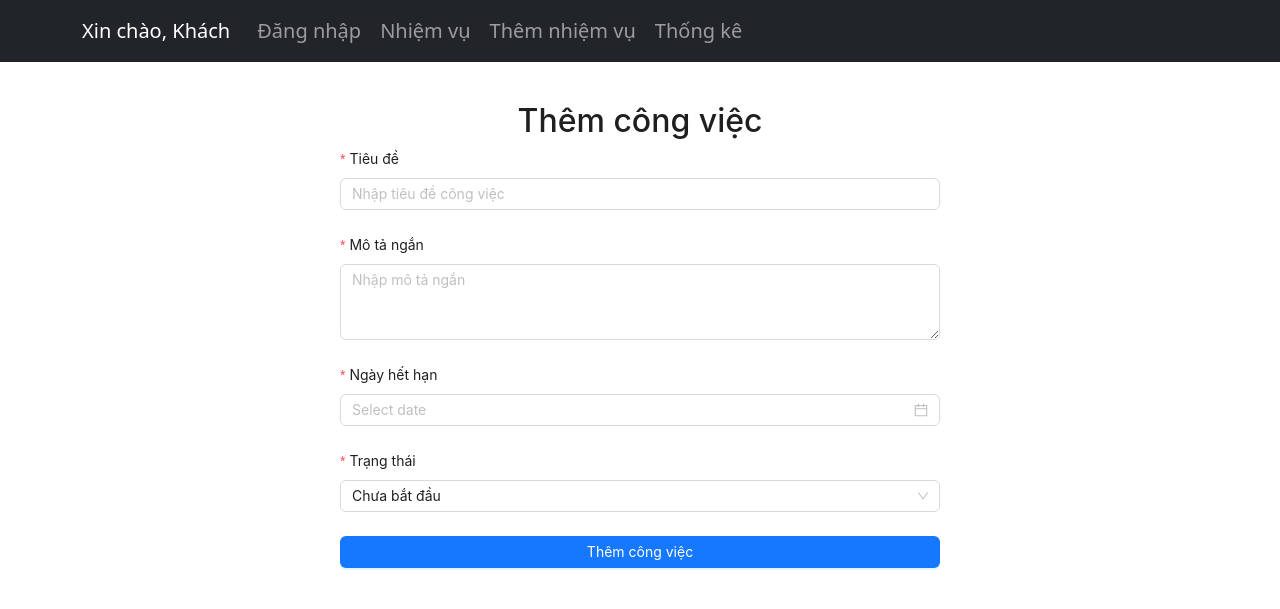
Repository: Lemon-ooo/PersonalTaskManager
Page: /tasks/add
An editor plug-in stored every save of this project. The page is shown before and after the next save, followed by the edit.
The browser window is 1280 px wide. The pictures show the whole page.
The project was rebuilt for these pictures with package versions that can differ from the ones it lists, and the page was loaded fresh each time. Also part of the build but not shown: vite.config.ts, src/page/TaskList.tsx, src/components/AuthForm.tsx, src/page/Login.tsx, src/page/TaskEdit.tsx, src/page/TaskStatistics.tsx.

Above is the page before, as saved 2025-07-27 03:49:42.

After the next save:
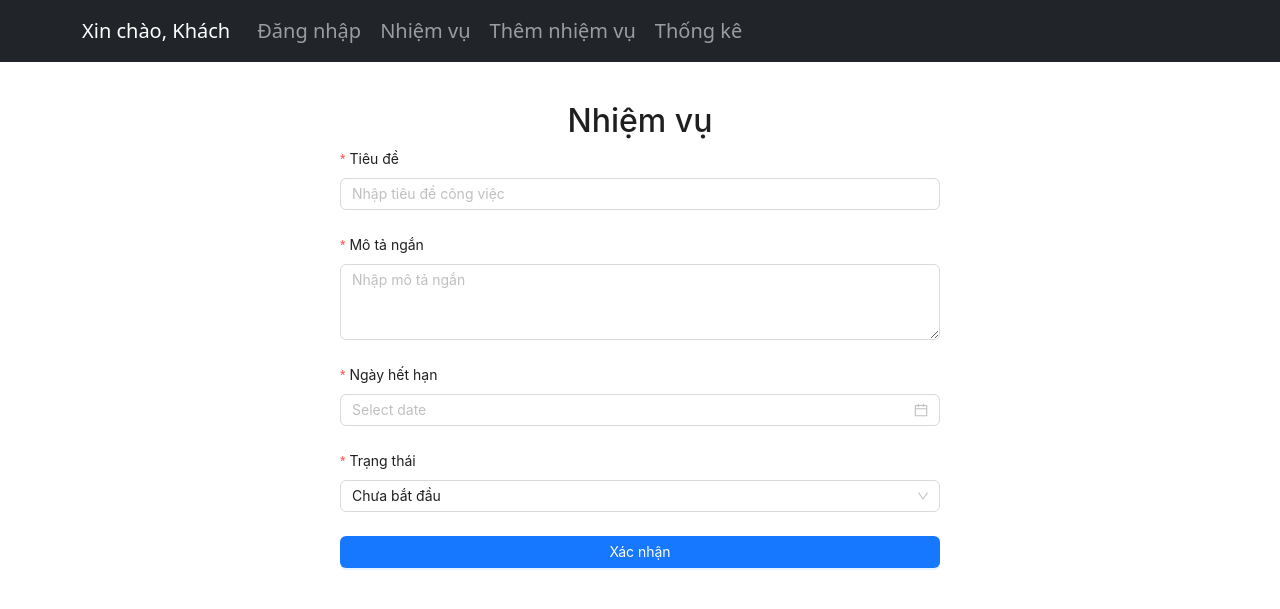
Saved 3 min 37 s later.
--- a/src/components/TaskForm.tsx
+++ b/src/components/TaskForm.tsx
@@ -7,7 +7,6 @@ import { useTask } from "../hooks/useTask";
 const { TextArea } = Input;
 const { Option } = Select;
 
-// Map hiển thị status tiếng Việt -> status thật (API)
 const statusMap: Record<string, Task["status"]> = {
   "Chưa bắt đầu": "todo",
   "Đang làm": "in-progress",
@@ -43,7 +42,7 @@ export default function TaskForm({ onSubmit, initialValues }: Props) {
       layout="vertical"
       style={{ maxWidth: 600, margin: "40px auto" }}
     >
-      <h2 style={{ textAlign: "center" }}>Thêm công việc</h2>
+      <h2 style={{ textAlign: "center" }}>Nhiệm vụ</h2>
 
       <Form.Item
         label="Tiêu đề"
@@ -84,7 +83,7 @@ export default function TaskForm({ onSubmit, initialValues }: Props) {
 
       <Form.Item>
         <Button type="primary" htmlType="submit" block>
-          Thêm công việc
+          Xác nhận
         </Button>
       </Form.Item>
     </Form>
